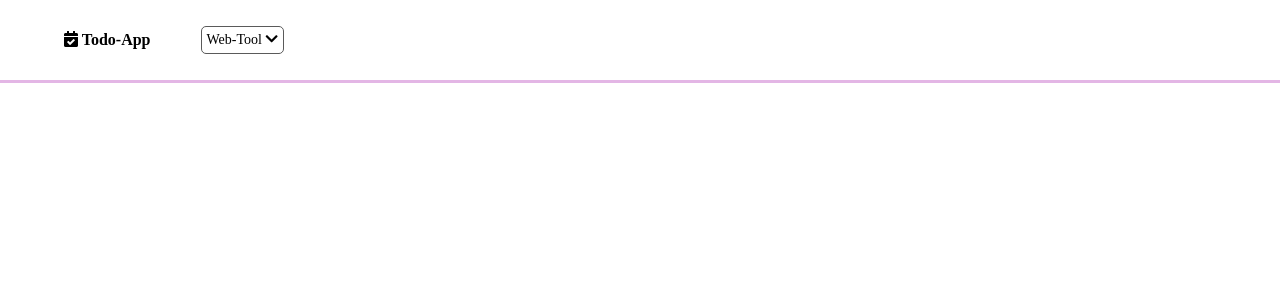
Repository: Hiroshii-m/todo_vue
Page: index.html
An editor plug-in stored every save of this project. The page is shown before and after the next save, followed by the edit.
The browser window is 1280 px wide. The pictures show the whole page.
The style sheet was rebuilt from its Sass, Less or Tailwind sources for each picture, by a compiler version that may differ from the author's.

Above is the page before, as saved 2021-06-26 17:33:50.

### index.html
<!DOCTYPE html>
<html lang="en">
<head>
    <meta charset="UTF-8">
    <meta http-equiv="X-UA-Compatible" content="IE=edge">
    <meta name="viewport" content="width=device-width, initial-scale=1.0">
    <link rel="stylesheet" href="node_modules/@fortawesome/fontawesome-free/css/all.css">
    <link rel="stylesheet" href="dist/css/style.css">
    <title>TODO APP Vue</title>
</head>
<body>

    <!-- header -->
    <header id="l-header" class="u-border-bottom">
        <div class="c-header">
            <h2 class="c-header__home">
                <i class="fas fa-calendar-check"></i>
                <a class="c-header__text" href="">Todo-App</a>
            </h2>
            <h3 class="c-header__other">
                Web-Tool
                <i class="fas fa-chevron-down"></i>
            </h3>
        </div>
    </header><!-- /header -->

</body>
</html>

### src/scss/style.scss

// ======================================
// foundation
// ======================================
@use 'foundation/reset';
@use 'foundation/variables';
// ======================================
// layout
// ======================================
#l-header {
    width: 100%;
}
// ======================================
// object
// ======================================
// Component
// **************************************
.c-header {
    width: 90%;
    height: 80px;
    margin: 0 auto;
    display: flex;
    align-items: center;
    &__home {
        margin-right: 50px;
        font-weight: bold;
    }
    &__other {
        font-size: var(--font-size_m);
        padding: var(--space_s);
        border: 1.5px solid var(--font-color_default);
        border-radius: 5px;
        color: var(--color_red);
    }
}
// Project
// **************************************
// Utility
// **************************************
.u-border {
    &-bottom {
        border-bottom: 3px solid var(--color_accent);
    }
}

### src/scss/foundation/_variables.scss
:root {
    --font-color_default: #5A5A5A;
    --color_base: #F7FFFE;
    --color_accent: #E3B6E5;
    --color_edit: #C8E4F4;
    --color_complete: #C8E4F4;

    --site-width_xxl: 780px;
    --site-width_xl: 680px;
    --site-width_md: 580px;
    --site-width_ms: 414px;

    --font-size_s: 12px;
    --font-size_m: 14px;
    --font-size_default: 16px;
    --font-size_l: 18px;
    --font-size_xl: 24px;
    --font-size_xxl: 28px;
    --font-size_3l: 38px;


    --space_s: 5px;
    --space_m: 10px;
    --space_l: 15px;
    --space_xl: 20px;
    --space_xxl: 30px;
    --space_3l: 40px;

    --font-family_default: "メイリオ", sans-serif;
}

Loaded but not shown: node_modules/@fortawesome/fontawesome-free/css/all.css (library); src/scss/foundation/_reset.scss (common file)

After the next save:
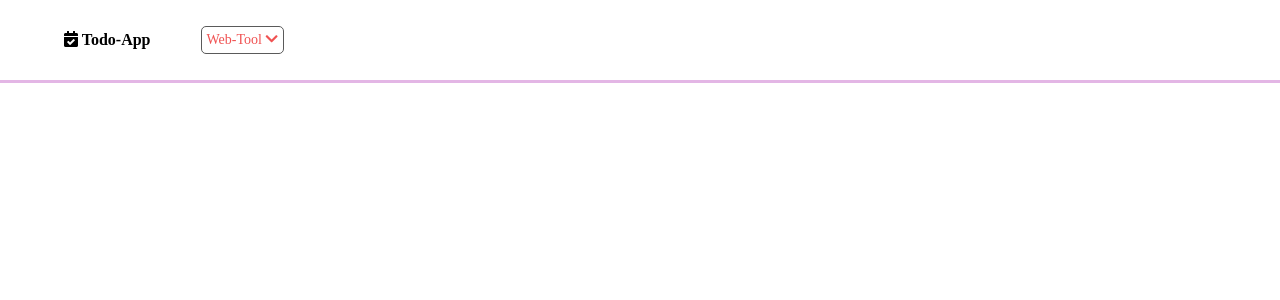
Saved 7 s later.
--- a/src/scss/foundation/_variables.scss
+++ b/src/scss/foundation/_variables.scss
@@ -4,6 +4,8 @@
     --color_accent: #E3B6E5;
     --color_edit: #C8E4F4;
     --color_complete: #C8E4F4;
+    --color_red: #F05252;
+
 
     --site-width_xxl: 780px;
     --site-width_xl: 680px;
